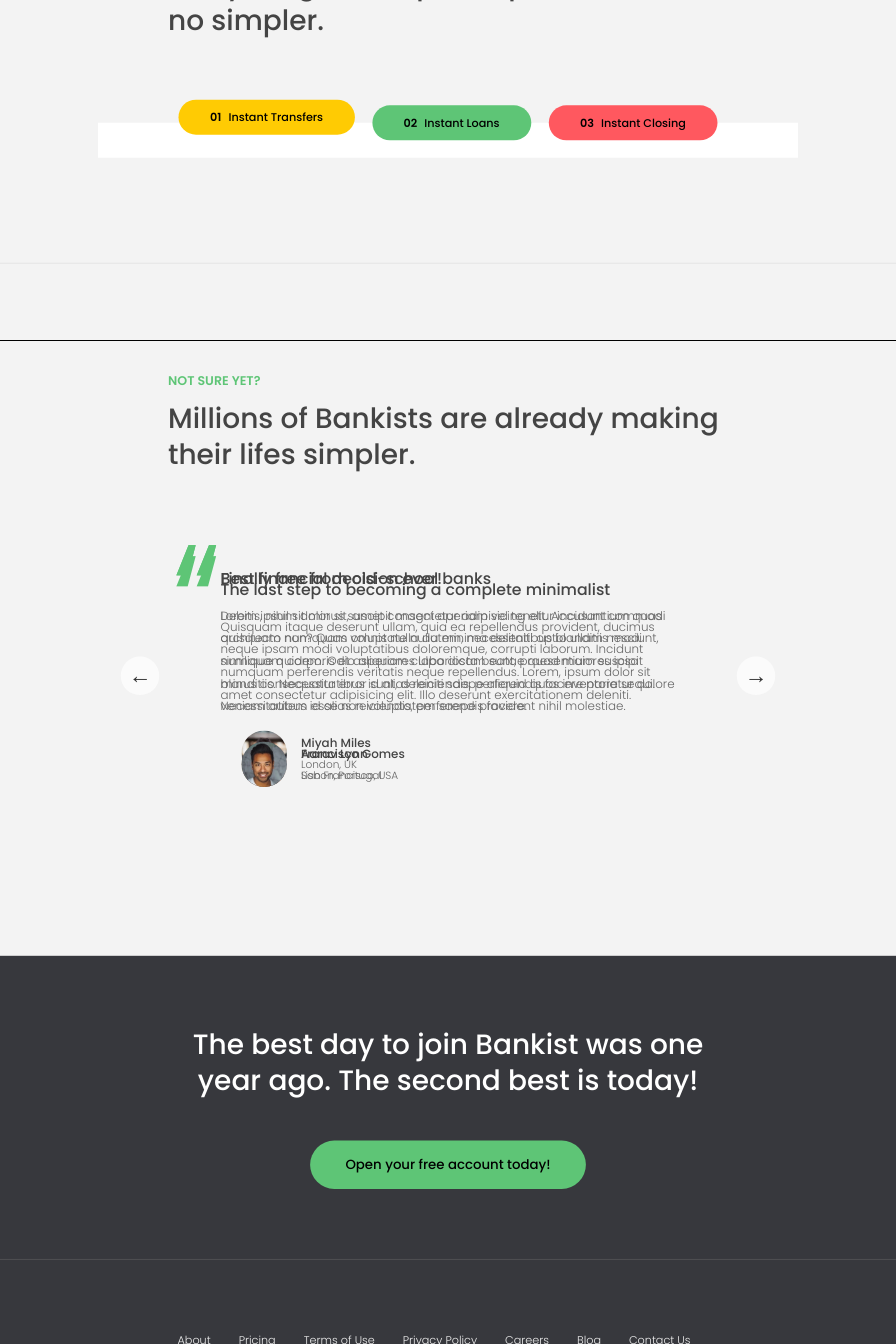
Repository: jiahow99/Javascript-Dom-Udemy
Page: index.html
These files come from the project's save history. The page is drawn as it stood at one moment and after the next save; the edit follows.
The browser window is 1280 px wide. The pictures show the part of the page from y = 2419 to 4339 px (the page is 4625 px tall before and 4881 px after), at 70% of full size.

Above is the page before, as saved 2023-01-31 23:46:51.

After the next save:
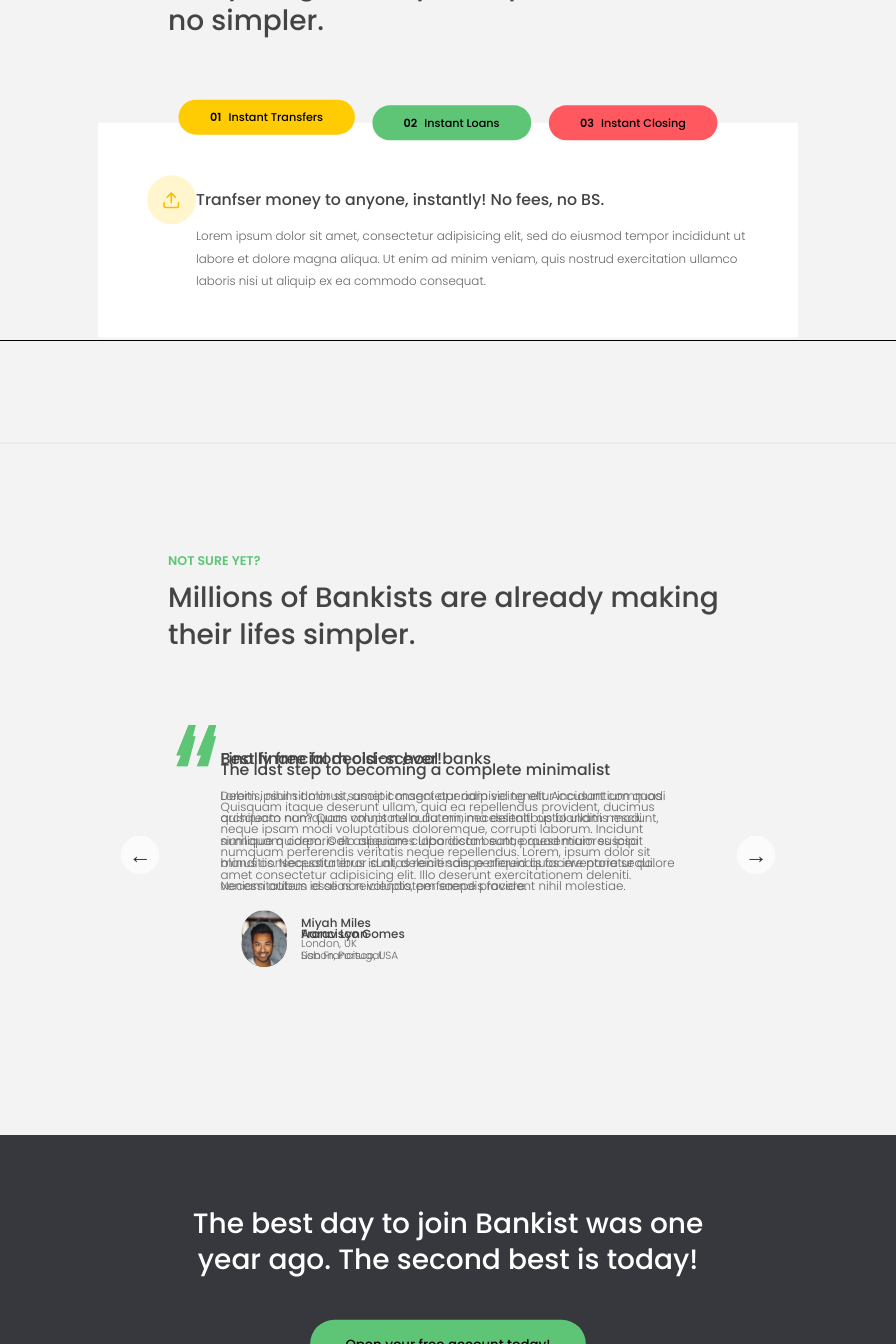
Saved 6 s later.
--- a/style.css
+++ b/style.css
@@ -323,10 +323,10 @@
 }
 
 .operations__content--active {
-  /* display: grid; */
-  grid-template-columns: 7rem 1fr;
+  display: grid;
+  /* grid-template-columns: 7rem 1fr;
   column-gap: 3rem;
-  row-gap: 0.5rem;
+  row-gap: 0.5rem; */
 }
 
 .operations__header {
